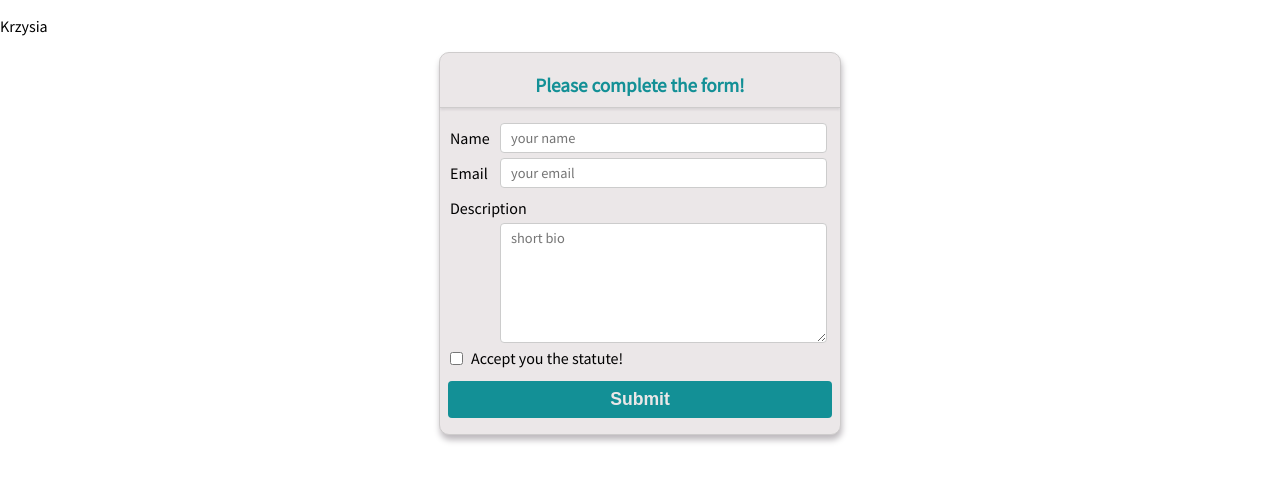
Repository: KrzysKolo/sr_tydzien4_zad2
Page: /
An editor plug-in stored every save of this project. The page is shown before and after the next save, followed by the edit.
The browser window is 1280 px wide. The pictures show the whole page.
The project was rebuilt for these pictures with package versions that can differ from the ones it lists, and the page was loaded fresh each time. Also part of the build but not shown: src/components/formComponents/ErrorMessage.js, src/components/formComponents/Message.js.

Above is the page before, as saved 2020-11-27 22:33:13.

After the next save:
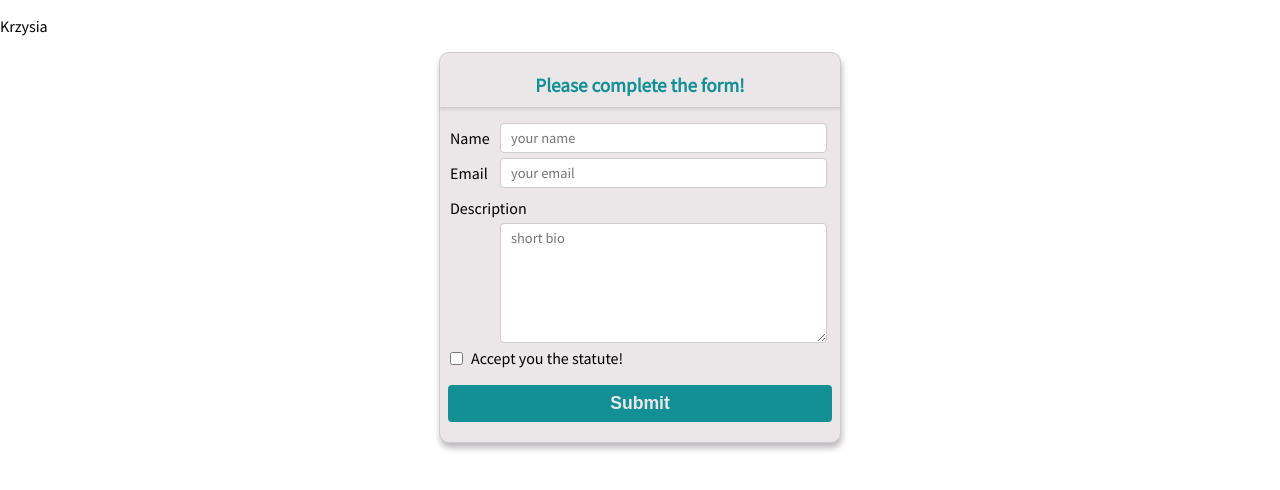
Saved 44 s later.
--- a/src/components/formComponents/Button.js
+++ b/src/components/formComponents/Button.js
@@ -10,7 +10,7 @@ const BtnSubmit = styled.button`
     display: block;
     font-size: 1.1rem;
     font-weight: 700;
-    margin: 4% auto;
+    margin: 5% auto;
     outline: none;
     padding: 8px 0;
     transition: all 0.3s ease-in-out;
